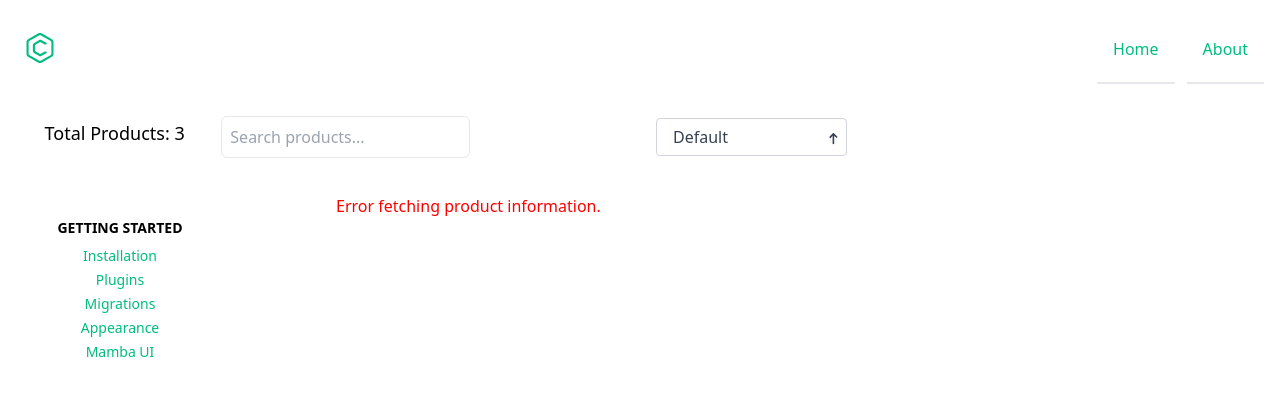
Repository: loktioncode/vectra-shop
Page: /
These files come from the project's save history. The page is drawn as it stood at one moment and after the next save; the edit follows.
The browser window is 1280 px wide. The pictures show the whole page.
The page's requests for data from a server got no answer. The project was rebuilt for these pictures with package versions that can differ from the ones it lists, and the page was loaded fresh each time. No one was signed in, and anything a server would have sent is missing. Also part of the build but not shown: vite.config.ts, src/components/ProductCard.vue. Imported but missing from the stored project, and not drawn on this page: src/components/Counter.vue.

Above is the page before, as saved 2023-09-20 16:56:26.

### src/assets/main.css
@tailwind base;
@tailwind components;
@tailwind utilities;

@import './base.css';

a,
.green {
  text-decoration: none;
  color: hsla(160, 100%, 37%, 1);
  transition: 0.4s;
}

@media (hover: hover) {
  a:hover {
    background-color: hsla(160, 100%, 37%, 0.2);
  }
}

### src/App.vue
<!-- <script setup lang="ts">
import { RouterLink, RouterView } from 'vue-router'
import HelloWorld from './components/HelloWorld.vue'
</script> -->

<template>
  <div class="app">

    <header class="p-4 dark:bg-gray-800 dark:text-gray-100">
      <div class="container flex justify-between h-16 mx-auto">
        <a rel="noopener noreferrer" href="#" aria-label="Back to homepage" class="flex items-center p-2">
          <svg xmlns="http://www.w3.org/2000/svg" fill="currentColor" viewBox="0 0 32 32"
            class="w-8 h-8 dark:text-violet-400">
            <path
              d="M27.912 7.289l-10.324-5.961c-0.455-0.268-1.002-0.425-1.588-0.425s-1.133 0.158-1.604 0.433l0.015-0.008-10.324 5.961c-0.955 0.561-1.586 1.582-1.588 2.75v11.922c0.002 1.168 0.635 2.189 1.574 2.742l0.016 0.008 10.322 5.961c0.455 0.267 1.004 0.425 1.59 0.425 0.584 0 1.131-0.158 1.602-0.433l-0.014 0.008 10.322-5.961c0.955-0.561 1.586-1.582 1.588-2.75v-11.922c-0.002-1.168-0.633-2.189-1.573-2.742zM27.383 21.961c0 0.389-0.211 0.73-0.526 0.914l-0.004 0.002-10.324 5.961c-0.152 0.088-0.334 0.142-0.53 0.142s-0.377-0.053-0.535-0.145l0.005 0.002-10.324-5.961c-0.319-0.186-0.529-0.527-0.529-0.916v-11.922c0-0.389 0.211-0.73 0.526-0.914l0.004-0.002 10.324-5.961c0.152-0.090 0.334-0.143 0.53-0.143s0.377 0.053 0.535 0.144l-0.006-0.002 10.324 5.961c0.319 0.185 0.529 0.527 0.529 0.916z">
            </path>
            <path
              d="M22.094 19.451h-0.758c-0.188 0-0.363 0.049-0.515 0.135l0.006-0.004-4.574 2.512-5.282-3.049v-6.082l5.282-3.051 4.576 2.504c0.146 0.082 0.323 0.131 0.508 0.131h0.758c0.293 0 0.529-0.239 0.529-0.531v-0.716c0-0.2-0.11-0.373-0.271-0.463l-0.004-0.002-5.078-2.777c-0.293-0.164-0.645-0.26-1.015-0.26-0.39 0-0.756 0.106-1.070 0.289l0.010-0.006-5.281 3.049c-0.636 0.375-1.056 1.055-1.059 1.834v6.082c0 0.779 0.422 1.461 1.049 1.828l0.009 0.006 5.281 3.049c0.305 0.178 0.67 0.284 1.061 0.284 0.373 0 0.723-0.098 1.027-0.265l-0.012 0.006 5.080-2.787c0.166-0.091 0.276-0.265 0.276-0.465v-0.716c0-0.293-0.238-0.529-0.529-0.529z">
            </path>
          </svg>
        </a>
        <ul class="items-stretch hidden space-x-3 md:flex">
          <RouterLink to="/" class="flex items-center px-4 -mb-1 border-b-2 dark:border-transparent">Home</RouterLink>
          <RouterLink to="/about" class="flex items-center px-4 -mb-1 border-b-2 dark:border-transparent">About
          </RouterLink>
        </ul>
        <button class="flex justify-end p-4 md:hidden">
          <svg xmlns="http://www.w3.org/2000/svg" fill="none" viewBox="0 0 24 24" stroke="currentColor" class="w-6 h-6">
            <path stroke-linecap="round" stroke-linejoin="round" stroke-width="2" d="M4 6h16M4 12h16M4 18h16"></path>
          </svg>
        </button>
      </div>
    </header>

    <RouterView />

  </div>
</template>

<style >
.app {
  text-align: center;
}
</style>

### src/views/HomeView.vue



<template>
  <Filters />

  <div class="flex">
    <!-- Left Sidebar for Filters -->
    <div class="w-1/4 pt-4">
      <aside class="w-full p-6 sm:w-60 dark:bg-gray-900 dark:text-gray-100">
        <nav class="space-y-10 text-sm">
          <div class="space-y-2">
            <h2 class="text-sm font-semibold tracki uppercase dark:text-gray-400">Getting Started</h2>
            <div class="flex flex-col space-y-1">
              <a rel="noopener noreferrer" href="#">Installation</a>
              <a rel="noopener noreferrer" href="#">Plugins</a>
              <a rel="noopener noreferrer" href="#">Migrations</a>
              <a rel="noopener noreferrer" href="#">Appearance</a>
              <a rel="noopener noreferrer" href="#">Mamba UI</a>
            </div>
          </div>

        </nav>
      </aside>
    </div>

    <!-- Right Side for Product Information -->
    <div class="w-4/4 p-4">
      <Products />
    </div>
  </div>
</template>



<script setup lang="ts">
import Products from '@/components/Products.vue'
import Filters from '@/components/Filters.vue'

</script>

<style>
@media (min-width: 1024px) {
  .home {
    min-height: 100vh;
    align-items: center;
  }



}
</style>

### src/components/Products.vue
<template>
  <div class="flex">
    <div v-if="productStore.loading">Loading...</div>
    <div v-else>
      <div v-if="productStore.error" class="error-message">{{ productStore.error }}</div>
      <div class="px-10">
        <div class="grid grid-cols-4 gap-4">
          <ProductCard v-for="product in productStore.products" :key="product.id" :product="product" />
        </div>
      </div>
    </div>
  </div>
</template>

<script setup lang="ts">
import { onMounted } from 'vue';
import { useProductStore } from '@/stores/productStore';
import ProductCard from '@/components/ProductCard.vue';

const productStore = useProductStore();

async function fetchProductInfo() {
  const apiUrl = 'https://fakestoreapi.com/products'; // Replace with your actual API endpoint
  await productStore.fetchProductInfo(apiUrl);
}

onMounted(() => fetchProductInfo());
</script>

<style scoped>
.error-message {
  color: red;
}
</style>

### src/components/Filters.vue
<template>
    <div class="flex flex-col md:flex-row items-center w-full py-5 space-y-2 md:space-y-0 md:space-x-2">
      <!-- Filter Items for Mobile (Centered) -->
      <div class="md:hidden flex flex-col items-center w-full">
        <!-- Product Count Display -->
        <div class="text-lg mb-2 w-full">
          Total Products: {{ filteredProducts.length }}
        </div>

        <!-- Search Form -->
        <div class="flex items-center w-full">
          <label for="search" class="sr-only">Search</label>
          <input
            v-model="searchTerm"
            id="search"
            type="text"
            placeholder="Search products..."
            class="w-full border p-2 rounded-md focus:outline-none focus:ring focus:border-blue-300"
          />
          <button
            @click="clearSearch"
            v-if="searchTerm"
            class="text-red-500 hover:text-red-700 focus:outline-none"
          >
            Clear
          </button>
        </div>
      </div>

      <!-- Filter Items for Desktop -->
      <div class="hidden md:flex justify-start items-center w-6/12">
        <!-- Product Count Display -->
        <div class="text-lg mb-2 w-4/12">
          Total Products: {{ filteredProducts.length }}
        </div>

        <!-- Search Form -->
        <div class="flex items-center w-7/12">
          <label for="search" class="sr-only">Search</label>
          <input
            v-model="searchTerm"
            id="search"
            type="text"
            placeholder="Search products..."
            class="w-full md:w-auto border p-2 rounded-md focus:outline-none focus:ring focus:border-blue-300"
          />
          <button
            @click="clearSearch"
            v-if="searchTerm"
            class="text-red-500 hover:text-red-700 focus:outline-none"
          >
            Clear
          </button>
        </div>
      </div>

      <!-- Sort Dropdown -->
      <div class="flex justify-end w-full md:w-auto ">
        <div class="relative inline-block text-gray-700">
          <select
            v-model="selectedSortOption"
            class="block appearance-none w-full md:w-auto bg-white border border-gray-300 hover:border-gray-400 px-4 py-2 pr-8 rounded leading-tight focus:outline-none focus:ring"
          >
            <option value="default">Default</option>
            <option value="price-asc">Price (Low to High)</option>
            <option value="price-desc">Price (High to Low)</option>
            <!-- Add more sorting options as needed -->
          </select>
          <div class="pointer-events-none absolute inset-y-0 right-0 flex items-center px-2 text-gray-700">
            <svg
              class="fill-current h-4 w-4"
              xmlns="http://www.w3.org/2000/svg"
              viewBox="0 0 20 20"
            >
              <path
                d="M8.293 11.293a1 1 0 001.414 0L12 8.414V18a1 1 0 102 0V8.414l2.293 2.293a1 1 0 101.414-1.414l-4-4a1 1 0 00-1.414 0l-4 4a1 1 0 000 1.414z"
              />
            </svg>
          </div>
        </div>
      </div>
    </div>
  </template>



<script setup lang="ts">
import { ref, computed } from 'vue';

// Sample product data (replace with your actual data)
const products = [
    { id: 1, name: 'Product 1', price: 20.0 },
    { id: 2, name: 'Product 2', price: 30.0 },
    { id: 3, name: 'Product 3', price: 15.0 },
    // Add more products as needed
];

const searchTerm = ref('');
const selectedSortOption = ref('default');

const clearSearch = () => {
    searchTerm.value = '';
};

const filteredProducts = computed(() => {
    let result = [...products];

    if (searchTerm.value) {
        result = result.filter(product =>
            product.name.toLowerCase().includes(searchTerm.value.toLowerCase())
        );
    }

    if (selectedSortOption.value === 'price-asc') {
        result.sort((a, b) => a.price - b.price);
    } else if (selectedSortOption.value === 'price-desc') {
        result.sort((a, b) => b.price - a.price);
    }

    return result;
});
</script>

### src/stores/productStore.ts
import { defineStore } from 'pinia';

interface Product {
    id: string;
    title: string;
    description: string;
    price: number;
}

export const useProductStore = defineStore({
    id: 'products',
    state: () => ({
        products: [] as Product[],
        loading: false,
        error: null as string | null,
    }),
    actions: {
        async fetchProductInfo(apiUrl: string) {
            try {
                this.loading = true;
                const response = await fetch(apiUrl);

                if (!response.ok) {
                    throw new Error('Network response was not ok');
                }

                this.products = await response.json();
                this.error = null;
            } catch (error) {
                this.error = 'Error fetching product information.';
                console.error(error);
            } finally {
                this.loading = false;
            }
        },
    },
    getters: {


    }
})

### tailwind.config.js
/** @type {import('tailwindcss').Config} */
module.exports = {
  content: [
    "./index.html",
    "./src/**/*.{vue,js,jsx,ts,tsx}",
  ],
  theme: {
    extend: {},
  },
  plugins: [],
}

Loaded but not shown: index.html (common file); src/main.ts (common file); src/router/index.ts (common file)

After the next save:
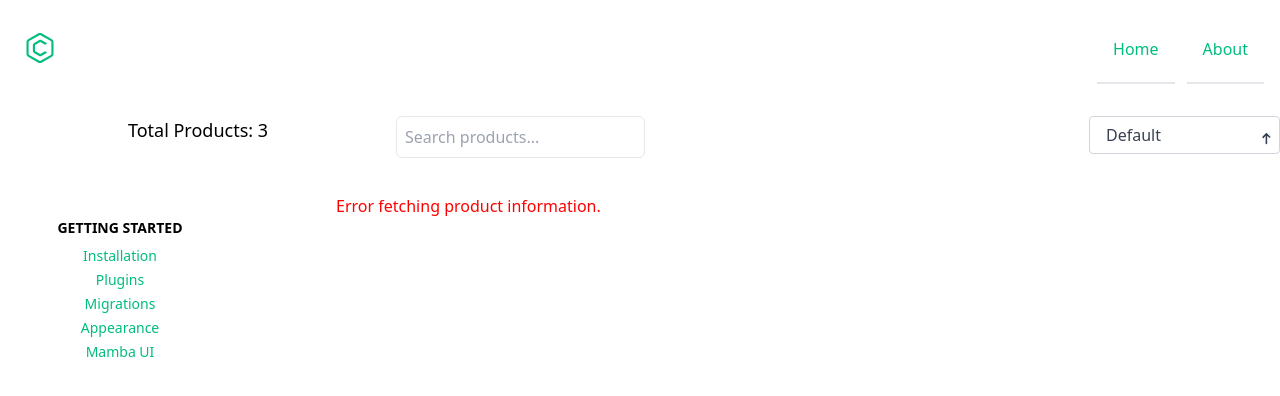
Saved 2 min 1 s later.
--- a/src/components/Filters.vue
+++ b/src/components/Filters.vue
@@ -1,34 +1,7 @@
 <template>
-    <div class="flex flex-col md:flex-row items-center w-full py-5 space-y-2 md:space-y-0 md:space-x-2">
-      <!-- Filter Items for Mobile (Centered) -->
-      <div class="md:hidden flex flex-col items-center w-full">
-        <!-- Product Count Display -->
-        <div class="text-lg mb-2 w-full">
-          Total Products: {{ filteredProducts.length }}
-        </div>
-
-        <!-- Search Form -->
-        <div class="flex items-center w-full">
-          <label for="search" class="sr-only">Search</label>
-          <input
-            v-model="searchTerm"
-            id="search"
-            type="text"
-            placeholder="Search products..."
-            class="w-full border p-2 rounded-md focus:outline-none focus:ring focus:border-blue-300"
-          />
-          <button
-            @click="clearSearch"
-            v-if="searchTerm"
-            class="text-red-500 hover:text-red-700 focus:outline-none"
-          >
-            Clear
-          </button>
-        </div>
-      </div>
-
-      <!-- Filter Items for Desktop -->
-      <div class="hidden md:flex justify-start items-center w-6/12">
+    <div class="flex flex-row items-center space-y-2 md:space-y-0 md:space-x-2 w-full py-5">
+      <!-- Search Form and Sort Dropdown Container -->
+      <div class="flex w-full">
         <!-- Product Count Display -->
         <div class="text-lg mb-2 w-4/12">
           Total Products: {{ filteredProducts.length }}
@@ -52,11 +25,9 @@
             Clear
           </button>
         </div>
-      </div>
 
-      <!-- Sort Dropdown -->
-      <div class="flex justify-end w-full md:w-auto ">
-        <div class="relative inline-block text-gray-700">
+        <!-- Sort Dropdown -->
+        <div class="relative inline-block text-gray-700 ml-auto">
           <select
             v-model="selectedSortOption"
             class="block appearance-none w-full md:w-auto bg-white border border-gray-300 hover:border-gray-400 px-4 py-2 pr-8 rounded leading-tight focus:outline-none focus:ring"
@@ -81,6 +52,7 @@
       </div>
     </div>
   </template>
+
 
 
 

After the save that followed:
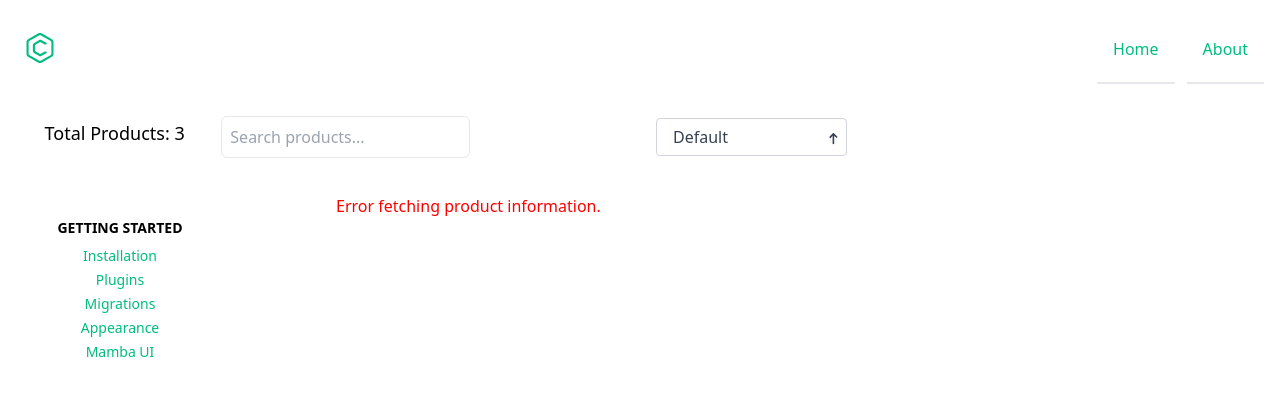
Saved 57 s later.
--- a/src/components/Filters.vue
+++ b/src/components/Filters.vue
@@ -1,7 +1,34 @@
 <template>
-    <div class="flex flex-row items-center space-y-2 md:space-y-0 md:space-x-2 w-full py-5">
-      <!-- Search Form and Sort Dropdown Container -->
-      <div class="flex w-full">
+    <div class="flex flex-col md:flex-row items-center w-full py-5 space-y-2 md:space-y-0 md:space-x-2">
+      <!-- Filter Items for Mobile (Centered) -->
+      <div class="md:hidden flex flex-col items-center w-full">
+        <!-- Product Count Display -->
+        <div class="text-lg mb-2 w-full">
+          Total Products: {{ filteredProducts.length }}
+        </div>
+
+        <!-- Search Form -->
+        <div class="flex items-center w-full">
+          <label for="search" class="sr-only">Search</label>
+          <input
+            v-model="searchTerm"
+            id="search"
+            type="text"
+            placeholder="Search products..."
+            class="w-full border p-2 rounded-md focus:outline-none focus:ring focus:border-blue-300"
+          />
+          <button
+            @click="clearSearch"
+            v-if="searchTerm"
+            class="text-red-500 hover:text-red-700 focus:outline-none"
+          >
+            Clear
+          </button>
+        </div>
+      </div>
+
+      <!-- Filter Items for Desktop -->
+      <div class="hidden md:flex justify-start items-center w-6/12">
         <!-- Product Count Display -->
         <div class="text-lg mb-2 w-4/12">
           Total Products: {{ filteredProducts.length }}
@@ -25,9 +52,11 @@
             Clear
           </button>
         </div>
+      </div>
 
-        <!-- Sort Dropdown -->
-        <div class="relative inline-block text-gray-700 ml-auto">
+      <!-- Sort Dropdown -->
+      <div class="flex justify-end w-6/12 md:w-auto pr-12">
+        <div class="relative inline-block text-gray-700">
           <select
             v-model="selectedSortOption"
             class="block appearance-none w-full md:w-auto bg-white border border-gray-300 hover:border-gray-400 px-4 py-2 pr-8 rounded leading-tight focus:outline-none focus:ring"
